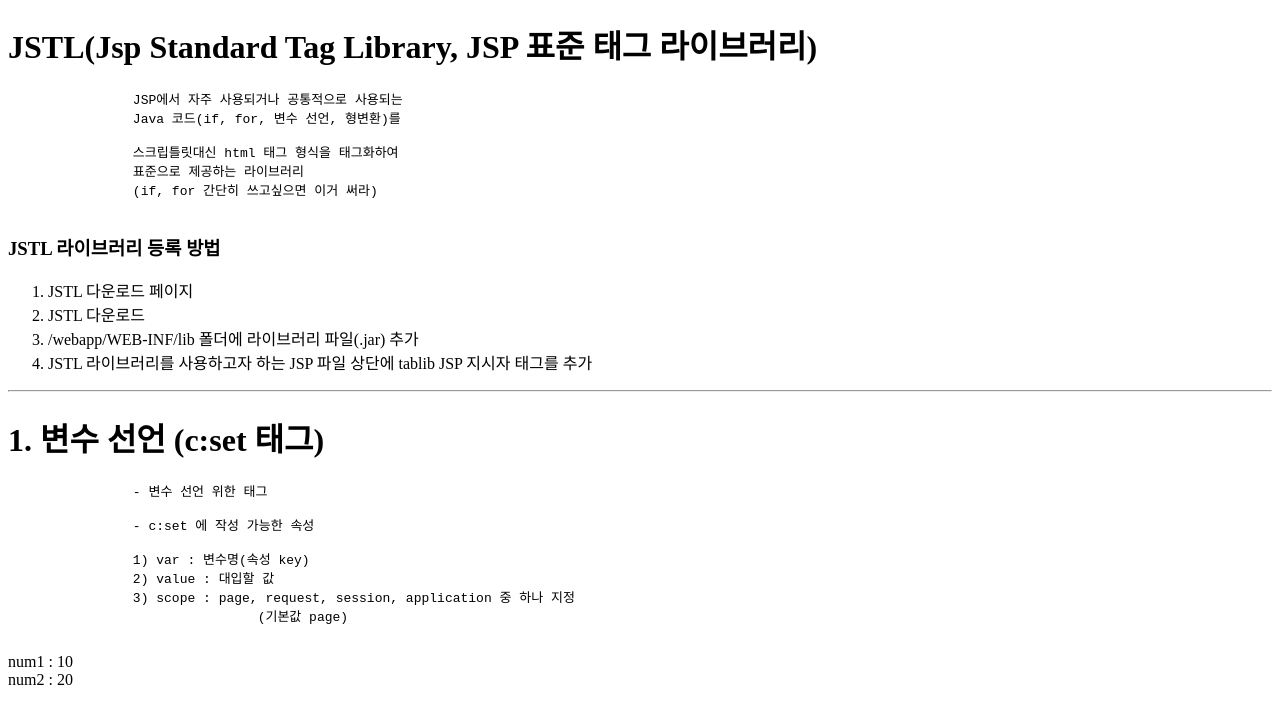
Repository: Rabsterd/6_Server
Page: http://localhost/JSPProject2/jstl/main
These files come from the project's save history. The page is drawn as it stood at one moment and after the next save; the edit follows.
The browser window is 1280 px wide. The pictures show the whole page.
The page is served by Tomcat 9. Other server files are loaded and not shown.

Above is the page before, as saved 2023-09-19 03:29:37.

### JSPProject2/src/main/webapp/WEB-INF/views/jstl/main.jsp
<%@ page language="java" contentType="text/html; charset=UTF-8"
    pageEncoding="UTF-8"%>

<%@ taglib prefix="c" uri="http://java.sun.com/jsp/jstl/core" %>
    <%--

    	<%@ %> : 지시자 태그

    	taglib : 태그 라이브러리 추가

  		prefix : 접두사, 태그명 앞에 작성되는 단어 <c:if>

  		uri(Uniform Resource Identifier , 통합 자원 식별자)
  			-> 자원을 식별하는 고유 문자열 (ID)

  		(참고) url(Uniform Resource Locator)
  			-> 자원의 위치를 나타내는 문자열(경로)
     --%>
<!DOCTYPE html>
<html>
<head>
<meta charset="UTF-8">
<title>JSTL(Jsp Standard Tag Library)</title>
</head>
<body>

	<h1>JSTL(Jsp Standard Tag Library, JSP 표준 태그 라이브러리)</h1>

	<pre>
		JSP에서 자주 사용되거나 공통적으로 사용되는
		Java 코드(if, for, 변수 선언, 형변환)를

		스크립틀릿대신 html 태그 형식을 태그화하여
		표준으로 제공하는 라이브러리
		(if, for 간단히 쓰고싶으면 이거 써라)
	</pre>

	<h3>JSTL 라이브러리 등록 방법</h3>

	<ol>
		<li>
			<a hlef="https://tomcat.apache.org/download-taglibs.cgi">
				JSTL 다운로드 페이지
			</a>
		</li>
		<li>JSTL 다운로드</li>

		<li>
			/webapp/WEB-INF/lib 폴더에 라이브러리 파일(.jar) 추가
		</li>

		<li>
			JSTL 라이브러리를 사용하고자 하는 JSP 파일 상단에
			tablib JSP 지시자 태그를 추가
		</li>
	</ol>
	<hr>

	<h1>1. 변수 선언 (c:set 태그)</h1>

	<pre>
		- 변수 선언 위한 태그

		- c:set 에 작성 가능한 속성

		1) var : 변수명(속성 key)
		2) value : 대입할 값
		3) scope : page, request, session, application 중 하나 지정
				(기본값 page)
	</pre>

	<%
		// 스크립틀릿으로 page scope 에 속성 세팅하는 방법
		pageContext.setAttribute("num1", 10);
	%>

	<%-- JSTL로 page scope에 속성 세팅하는 방법 --%>
	<c:set var="num2" value="20" scope= "page" />

	num1 : ${num1}
	<br>
	num2 : ${num2}







</body>
</html>

### JSPProject2/src/main/java/edu/kh/jsp/controller/JSTLController.java
package edu.kh.jsp.controller;

import java.io.IOException;

import javax.servlet.ServletException;
import javax.servlet.annotation.WebServlet;
import javax.servlet.http.HttpServlet;
import javax.servlet.http.HttpServletRequest;
import javax.servlet.http.HttpServletResponse;

@WebServlet("/jstl/main")
public class JSTLController extends HttpServlet{

	@Override
	protected void doGet(HttpServletRequest req, HttpServletResponse resp) throws ServletException, IOException {

		req.getRequestDispatcher("/WEB-INF/views/jstl/main.jsp").forward(req, resp);
	}
}

After the next save:
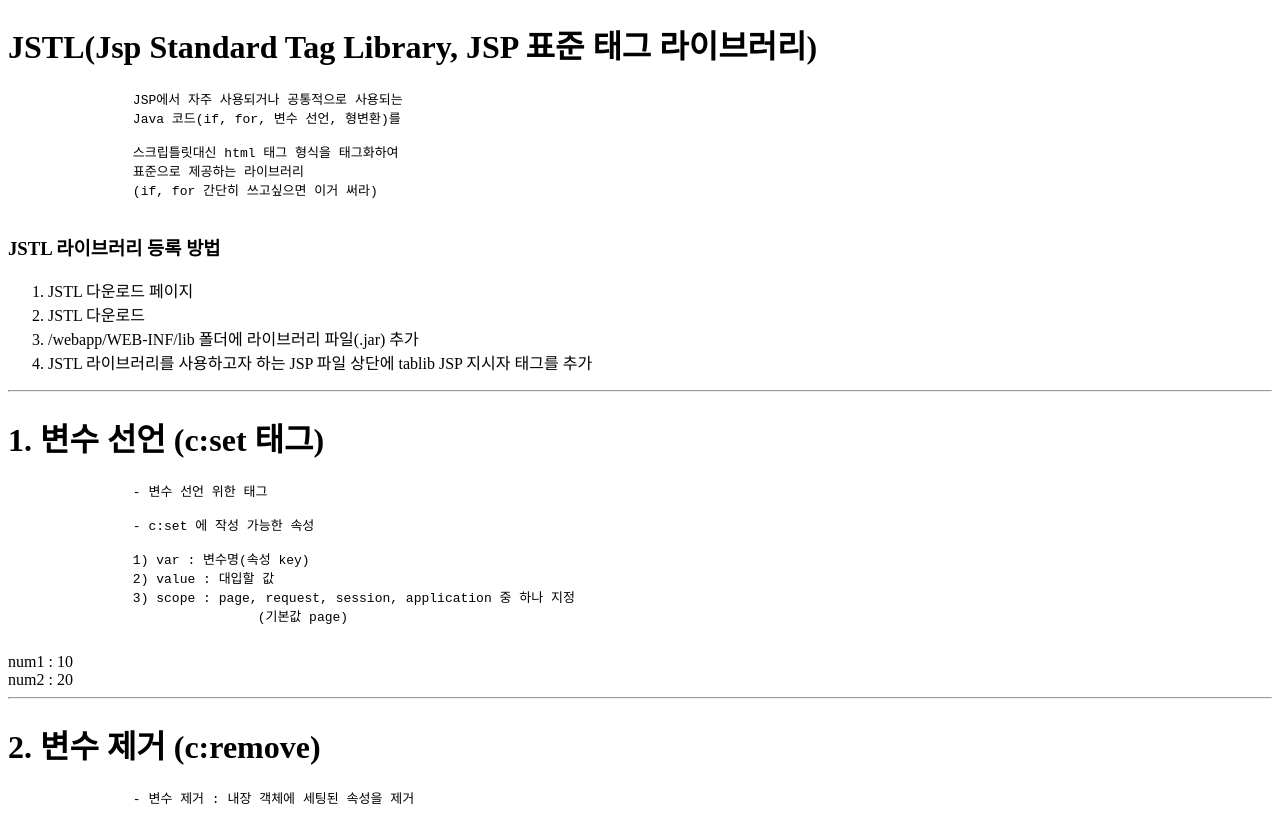
Saved 117 s later.
--- a/JSPProject2/src/main/webapp/WEB-INF/views/jstl/main.jsp
+++ b/JSPProject2/src/main/webapp/WEB-INF/views/jstl/main.jsp
@@ -81,7 +81,12 @@
 	<br>
 	num2 : ${num2}
 
+	<hr>
 
+	<h1>2. 변수 제거 (c:remove)</h1>
+	<pre>
+		- 변수 제거 : 내장 객체에 세팅된 속성을 제거
+	</pre>
 
 
 
